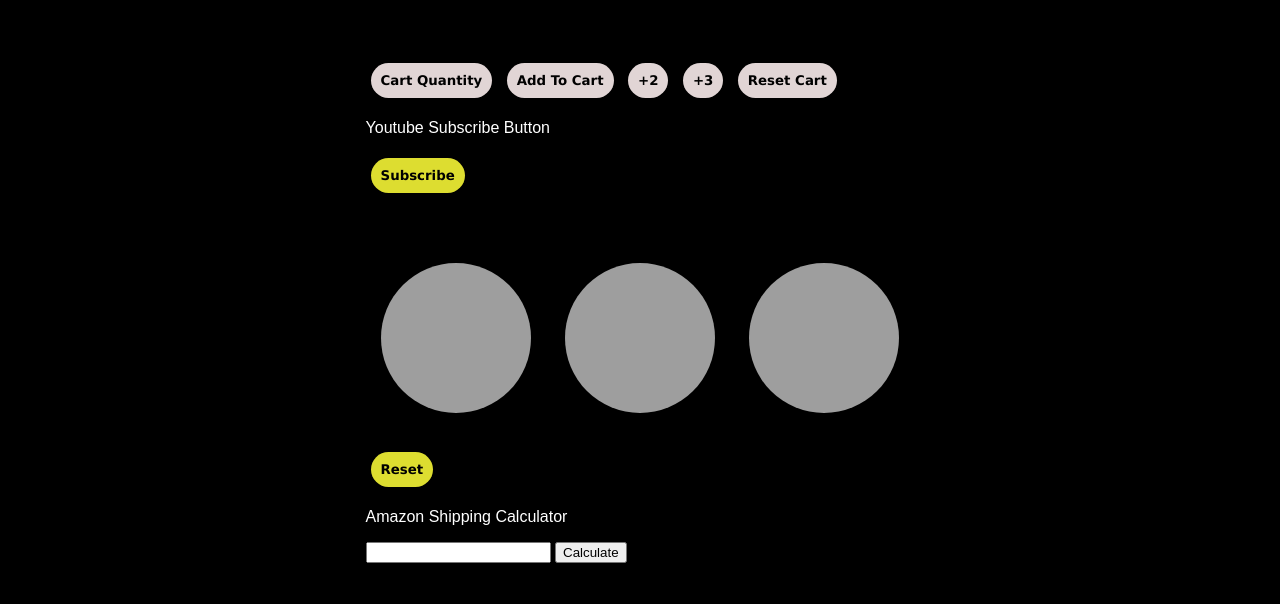
Repository: EguJaredoBoyd/Jared-Learning-Projects
Page: javascript-tutorial.html
An editor plug-in stored every save of this project. The page is shown before and after the next save, followed by the edit.
The browser window is 1280 px wide. The pictures show the whole page.
Pictures or frames that could not be fetched are drawn as grey boxes.

Above is the page before, as saved 2025-07-06 23:19:38.
Console error (its wording comes from the project's code and is left out).

After the next save:
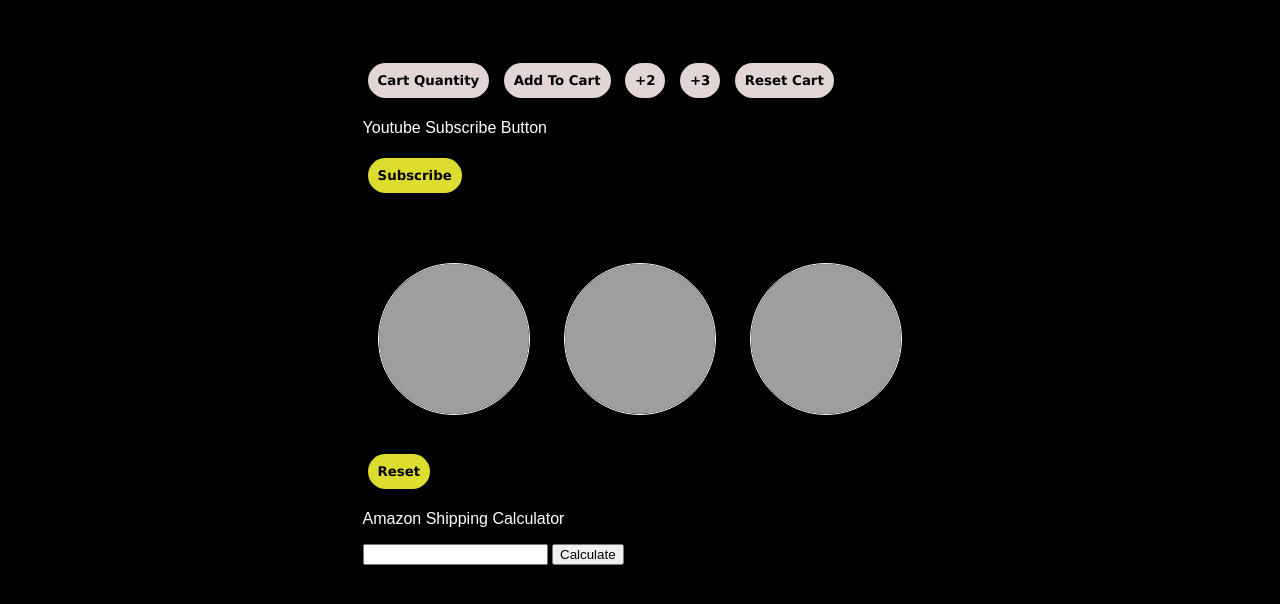
Saved 2 min 34 s later.
--- a/javascript-tutorial.css
+++ b/javascript-tutorial.css
@@ -51,6 +51,10 @@ p{
 .game-play:not(.reset) img{
     height: 150px;
     width: 150px;
+    border: 1px solid white;
     border-radius: 50%;
 
 }
+.move-paragraph{
+
+}
